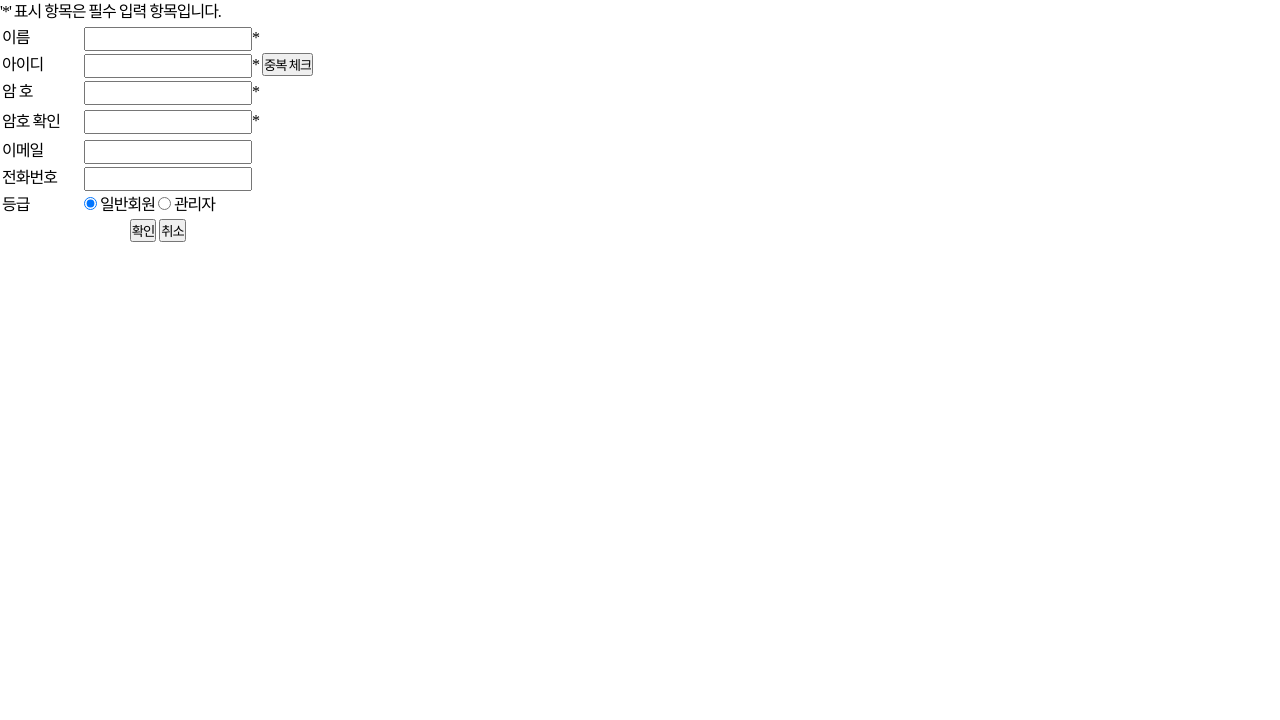
Repository: InhoKang92/jsp_1018
Page: http://localhost/Web_01/ModernServlet?command=mdh_join_form
The author's editor kept a copy of each file at every save. The page is drawn from the files as they stood at one save, then again after the next save.
The browser window is 1280 px wide. The pictures show the whole page.
Some web fonts or font styles are not loaded; a fallback is used. The page is served by Tomcat 9.

Above is the page before, as saved 2024-10-16 01:53:33.

After the next save:
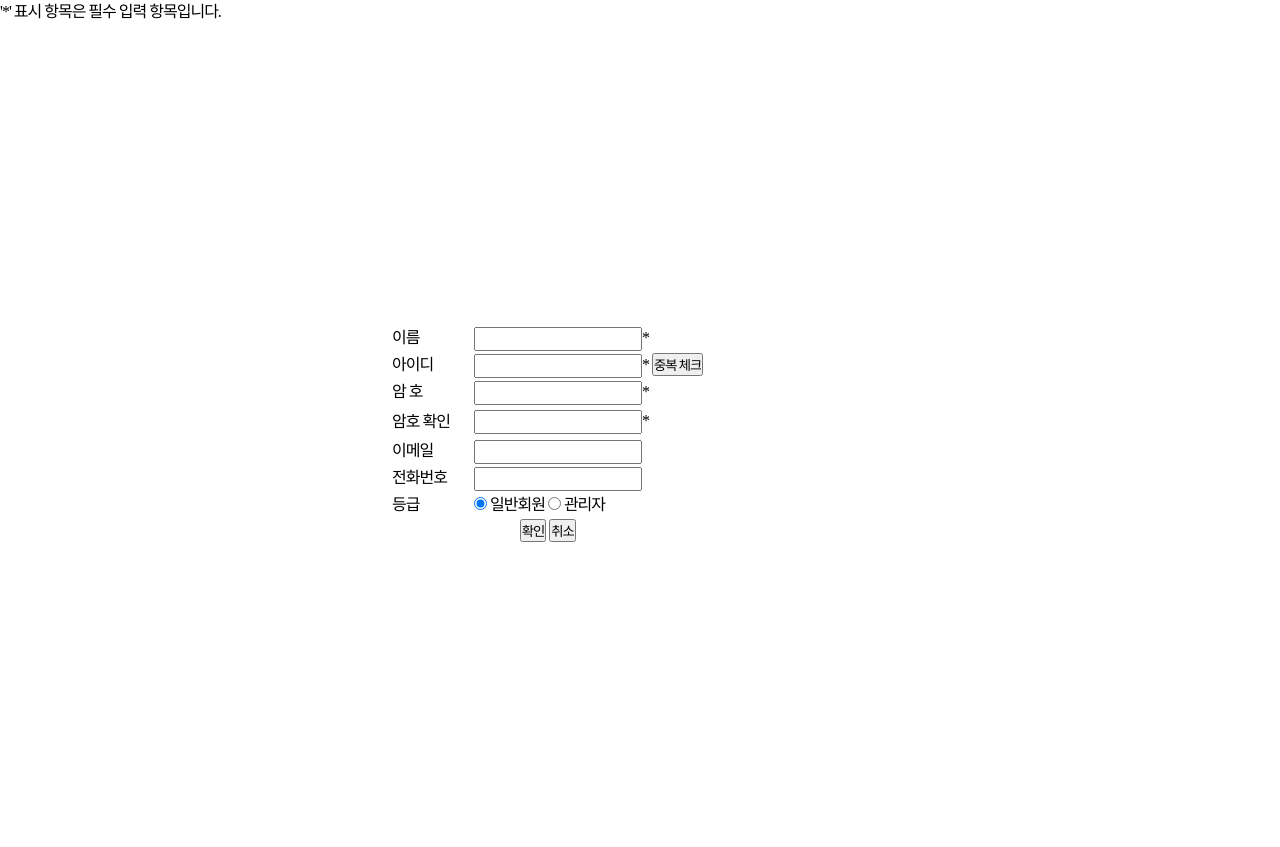
Saved 11 s later.
--- a/Web_01/src/main/webapp/member/join.jsp
+++ b/Web_01/src/main/webapp/member/join.jsp
@@ -13,7 +13,7 @@ pageEncoding="UTF-8"%>
 <body>
 
       '*' 표시 항목은 필수 입력 항목입니다.
-      <form method="post" name="frm">
+      <form method="post" name="frm" class="join_box">
         <table>
           <tr>
             <td>이름</td>
